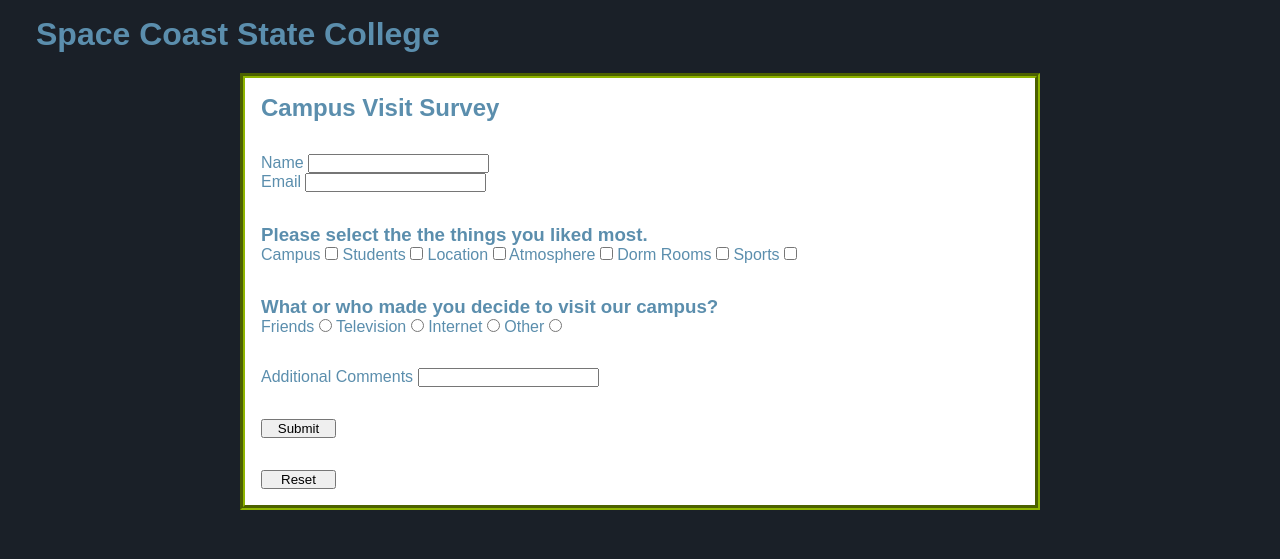
Repository: mlmEFSC21/P2-University-Form
Page: index.html
The author's editor kept a copy of each file at every save. The page is drawn from the files as they stood at one save, then again after the next save.
The browser window is 1280 px wide. The pictures show the whole page.
Some web fonts or font styles are not loaded; a fallback is used.

Above is the page before, as saved 2022-01-29 19:03:38.

### index.html
<!DOCTYPE html>
<html lang="en">
    <head>
        <meta charset="UTF-8" />
        <meta http-equiv="X-UA-Compatible" content="IE=edge" />
        <meta name="viewport" content="width=device-width, initial-scale=1.0" />
        <title>University Form</title>
        <link rel="stylesheet" href="uniFormStyles.css" />
    </head>
    <body>
        <header>
            <h1>Space Coast State College</h1>
        </header>
        <main>
          <section class="flex">
            <h2>Campus Visit Survey</h2>
            <article class="info">
            <!-- REMEMBER TO CHANGE THIS TO A POST TO DEITEL!!!!!!!!!!-->
            <form action="results.html" method="GET">
                <div>
                    <label for="name">Name</label>
                    <input type="text" id="name" name="name" required />
                </div>
                <div>
                    <label for="email">Email</label>
                    <input type="email" id="email" name="email" required />
                </div>
                </article>
                <article class="favFeatures">
                    <h3>Please select the the things you liked most.</h3>
                    <label for="campus">Campus</label>
                    <input type="checkbox" id="campus" name="campus" />
                    <label for="students">Students</label>
                    <input type="checkbox" id="students" name="students" />
                    <label for="location">Location</label>
                    <input type="checkbox" id="location" name="location" />
                    <label for="atmosphere">Atmosphere</label>
                    <input type="checkbox" id="atmosphere" name="atmosphere" />
                    <label for="dorms">Dorm Rooms</label>
                    <input type="checkbox" id="dorms" name="dorms" />
                    <label for="sports">Sports</label>
                    <input type="checkbox" id="sports" name="sports" />
                </article>
                <article class="">
                    <h3>What or who made you decide to visit our campus?</h3>
                    <label for="friends">Friends</label>
                    <input type="radio" id="friends" name="referred" required />
                    <label for="television">Television</label>
                    <input type="radio" id="television" name="referred" />
                    <label for="internet">Internet</label>
                    <input type="radio" id="internet" name="referred" />
                    <label for="other">Other</label>
                    <input type="radio" id="other" name="referred" />
                </article>
                <div>
                    <label for="comments">Additional Comments</label>
                    <input type="text" id="comments" name="comments" />
                </div>
                <button type="submit" class="submit">Submit</button>
                <button type="reset" class="reset">Reset</button>
            </form>
            </section>
        </main>
    </body>
</html>

### uniFormStyles.css
@import url("https://fonts.googleapis.com/css2?family=Spectral:wght@300&display=swap");

:root {
    --clr-prime: #003c5e;
    --clr-second: #1a2028;
    --clr-accent: #8fb500;
    --clr-font-prime: #5b8ead;
    --clr-font-second: black;
}

* {
    margin: 0;
    padding: 0;
    box-sizing: border-box;
}
body {
    margin: 0 1.25em;
    padding: 1em;
    background-color: var(--clr-second);
    font-family: "Spectral", sans-serif;
    color: var(--clr-font-prime);
}
header {
    color: var(--clr-font-prime);
    margin-bottom: 1.25em;
}
.flex {
    display: flex;
    flex-direction: column;
    max-width: 800px;
    border: 5px groove var(--clr-accent);
    background-color: white;
    gap: 2rem;
    margin: auto;
    padding: 1rem;
}
button {
    width: 75px;
}

After the next save:
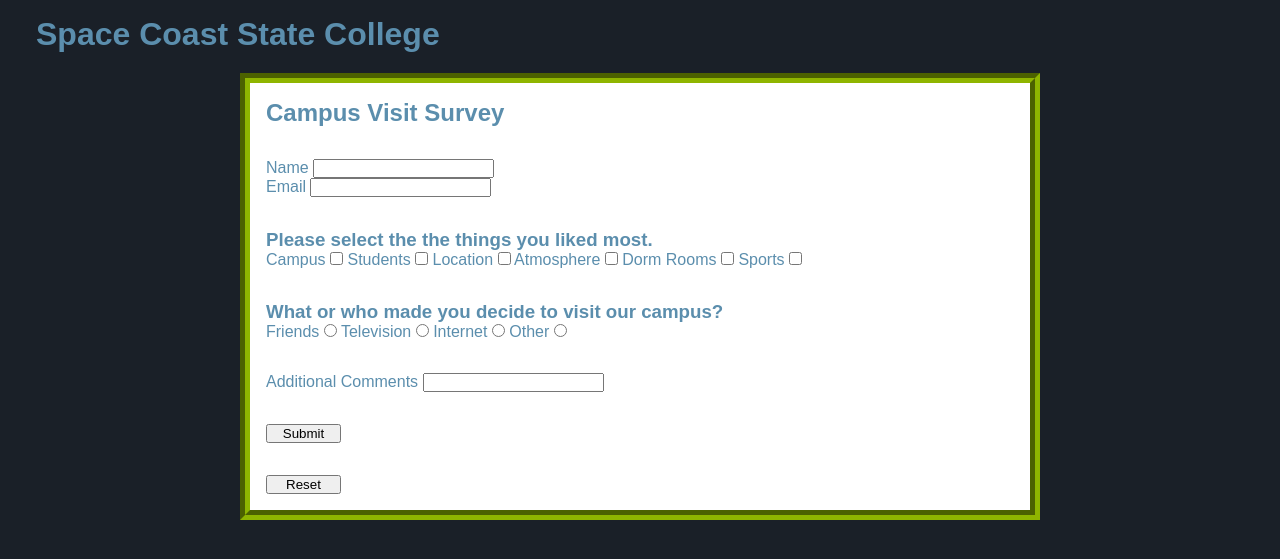
Saved 9 s later.
--- a/uniFormStyles.css
+++ b/uniFormStyles.css
@@ -28,7 +28,7 @@ header {
     display: flex;
     flex-direction: column;
     max-width: 800px;
-    border: 5px groove var(--clr-accent);
+    border: 10px groove var(--clr-accent);
     background-color: white;
     gap: 2rem;
     margin: auto;
